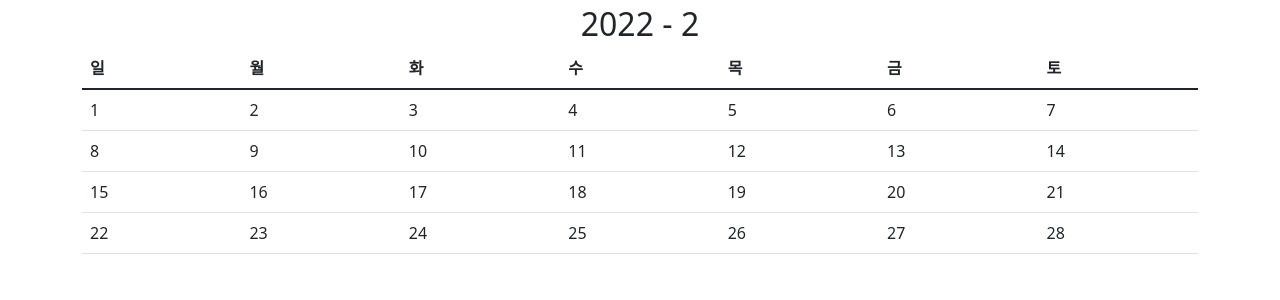
Repository: Visionary1/fullstack-dev-study
Page: http://localhost/Test/lesson02/quiz10.jsp
These files come from the project's save history. The page is drawn as it stood at one moment and after the next save; the edit follows.
The browser window is 1280 px wide. The pictures show the whole page.
The page is served by Tomcat 9.

Above is the page before, as saved 2022-02-13 17:20:14.

After the next save:
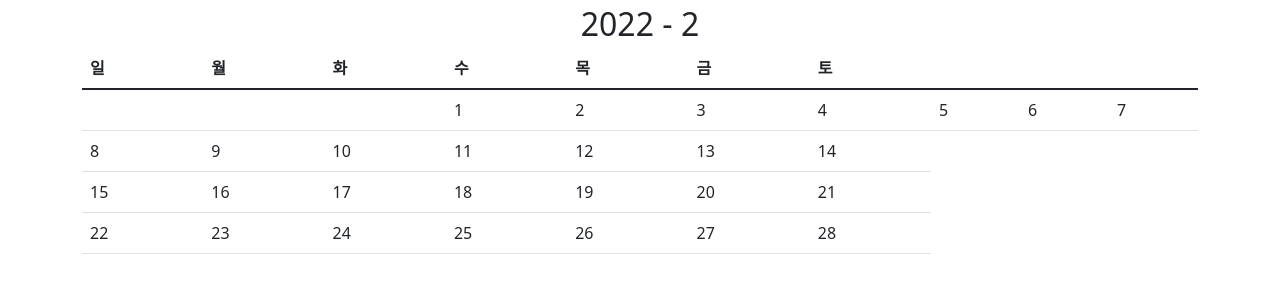
Saved 27 s later.
--- a/4_servlet/workspace/Test/src/main/webapp/lesson02/quiz10.jsp
+++ b/4_servlet/workspace/Test/src/main/webapp/lesson02/quiz10.jsp
@@ -60,7 +60,7 @@
 
 				<%
 				int init = 0;
-				for (int i = 0; i < weekSize; i++) {
+				for (int i = 0; i < weekSize - 1; i++) {
 				%>
 				<tr>
 
@@ -69,21 +69,18 @@
 						if (((i * 7) + (j + 1)) > maximumDays) {
 							break;
 						}
-					%>
-					<td>
-					<%
+
 						// 현재 달 1일부터 시작하게
 						if (init == 0) {
 							for (int k = 0; k < week; k++) {
 					%>
-
+					<td></td>
 					<%
 					}
 					init = 1;
 					}
 					%>
-					<%=((i * 7) + (j + 1))%>
-					</td>
+					<td><%=((i * 7) + (j + 1))%></td>
 					<%
 					}
 					%>

After the save that followed:
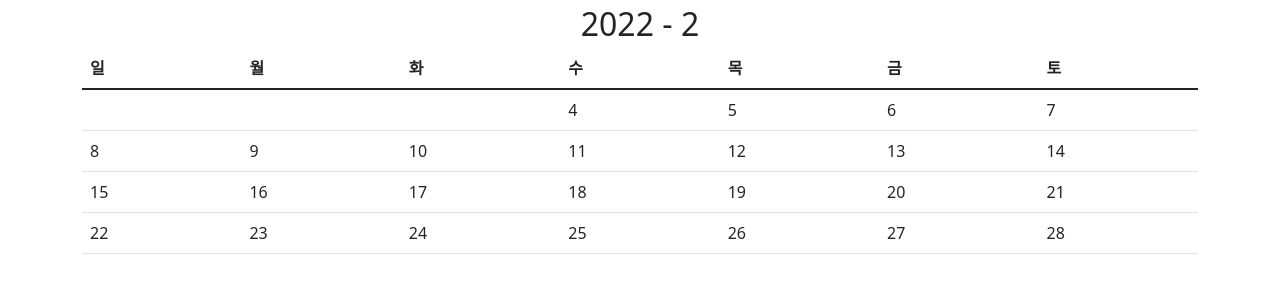
Saved 8 s later.
--- a/4_servlet/workspace/Test/src/main/webapp/lesson02/quiz10.jsp
+++ b/4_servlet/workspace/Test/src/main/webapp/lesson02/quiz10.jsp
@@ -78,6 +78,7 @@
 					<%
 					}
 					init = 1;
+					j = week;
 					}
 					%>
 					<td><%=((i * 7) + (j + 1))%></td>
